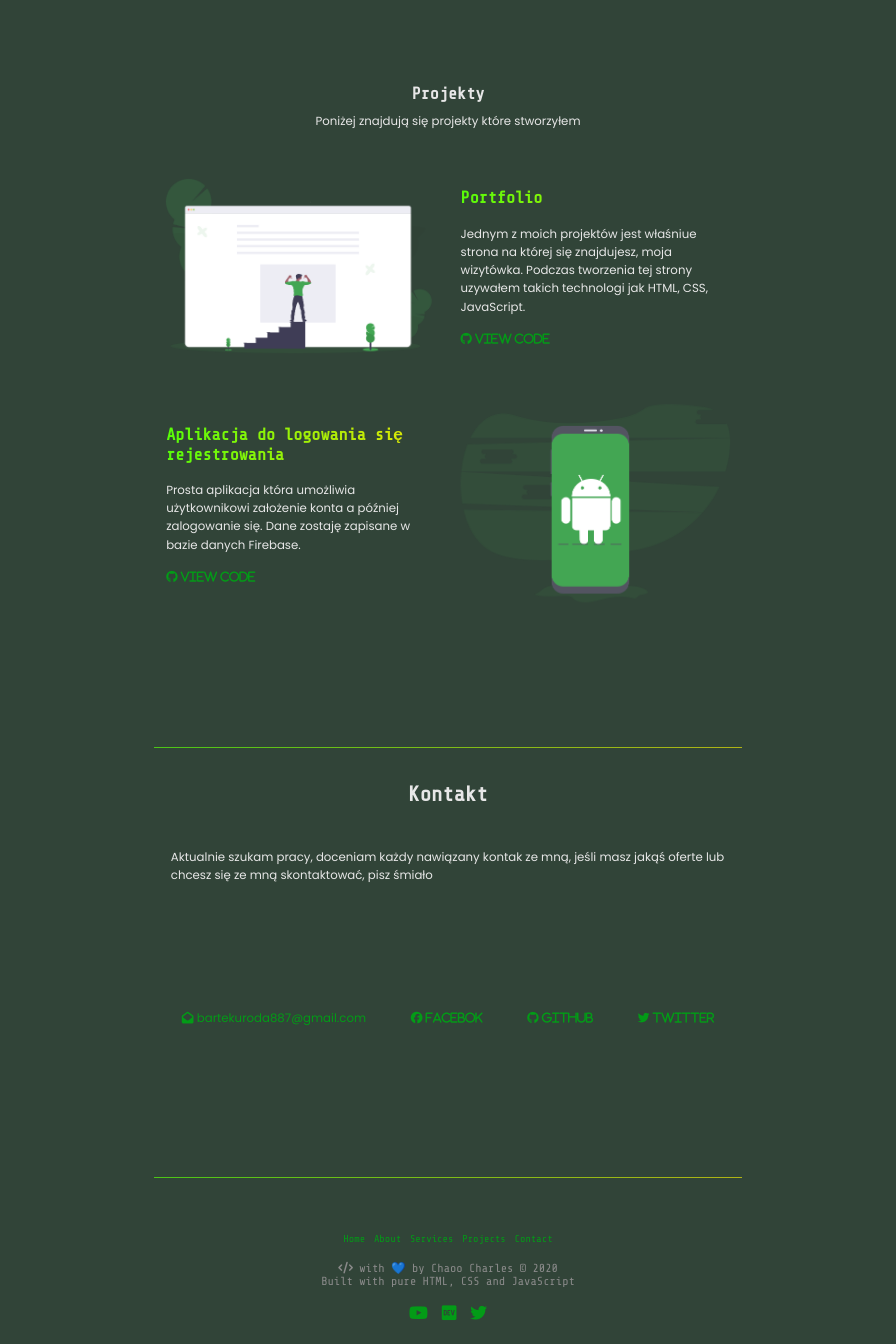
Repository: BartekUroda/portfolio
Page: index.html
The author's editor kept a copy of each file at every save. The page is drawn from the files as they stood at one save, then again after the next save.
The browser window is 1280 px wide. The pictures show the part of the page from y = 2082 to 4002 px (the page is 4002 px tall), at 70% of full size.
Some web libraries are served in a nearby version.

Above is the page before, as saved 2020-10-27 22:19:44.

### index.html
<!DOCTYPE html>
<html lang="en">
<head>
    <meta charset="UTF-8">
    <meta name="viewport" content="width=device-width, initial-scale=1.0">
    <title>Portfolio | Bartek Uroda</title>
    <link rel="stylesheet" type="text/css" href="css/style.css">
    <link href="https://fonts.googleapis.com/css2?family=Poppins&sfamily=Share+Tech+Mono&display=swap" rel="stylesheet">
    <script src="https://kit.fontawesome.com/056e5c10dc.js" crossorigin="anonymous"></script>
    <link rel="shortcut icon" type="image/x-icon" href="images/favicon.ico" />
</head>
<body>
    <header>
        <div class="container">
            <nav>
                <div class="nav-brand">
                    <a href="index.html">
                        <img src="images/logo.png" alt="Uroda">
                    </a>
                </div>
                <div class="burger-menu-icon">
                    <div class="line1"></div>
                    <div class="line2"></div>
                    <div class="line3"></div>
                </div>
                <ul class="nav-list">
                    <li class="nav-item">
                      <a href="#landing-page">
                        <img
                          src="images/profile.jpeg"
                          alt="Bartek Uroda"
                          class="profile-pic nav-link"
                        >
                        <span class="caption nav-link">Bartek Uroda</span>
                      </a>
                    </li>
                    <li class="nav-item">
                      <a href="#about" class="nav-link">O mnie</a>
                    </li>
                    <li class="nav-item">
                      <a href="#services" class="nav-link">Usługi</a>
                    </li>
                    <li class="nav-item">
                      <a href="#projects" class="nav-link">Projekty</a>
                    </li>
                    <li class="nav-item">
                      <a href="#contact" class="nav-link">Kontakt</a>
                    </li>
                    <li class="nav-item">
                      <a href="https://www.facebook.com/bartlomiej.uroda.3" target="_blank" class="nav-link">
                        <i class="fab fa-facebook"></i>
                      </a>
                      <a href="https://github.com/Urodii" target="_blank" class="nav-link">
                        <i class="fab fa-github"></i>
                      </a>
                      <a href="https://www.youtube.com/channel/UCzT1h5RNvmbtrmKT5hPjyAg?view_as=subscriber" target="_blank" class="nav-link">
                        <i class="fab fa-youtube"></i>
                      </a>
                    </li>
                  </ul>
            </nav>
        </div>
    </header>
    <main>
      <section id="landing-page" class="landing-page">
        <div class="container">
          <div class="main-message">
            <h2>Barłomiej Uroda</h2>
            <h3>Junior Front-End Web Developer</h3>
            <p>Html - CSS - JavaScript - Java</p>
            <div class="intro-btn">
              <div class="cta">
                <a href="#contact" class="btn">Skontaktuj się ze mną!</a>
              </div>
              <div class="cta">
                <a href="#projects" class="btn">Moje Projekty</a>
              </div>
            </div>
            <div>
              <a href="#about" class="scroll-down">
                <i class="fa fa-chevron-down" aria-hidden="true"></i>
              </a>
            </div>
          </div>
        </div>
      </section>
      <section id="about" class="about">
        <div class="container">
          <div class="about-img">
            <img
              src="images/profile.jpeg"
              alt="Bartek Uroda"
              class="about-pic"
            />
          </div>
          <div class="about-text-box">
            <h2>Cześć,</h2>
            <h3>O mnie</h3>
            <p>
              Nazywam się Bartek mam 21 lat, aktulanie studiuje zaocznie informatykę
              na Wyższej Szkole Biznesu w Nowym Sączu, studia te rozpoczołem po roku studiowania
              na Politechnce Krakowskiej na kierunku Fizyki Technicznej, zaliczyłem pierwszy rok na PK
              i wziołem sobie tak zwany Gap Year, studia na Politechnice nie satysfakcjonowały
              mnie więc postanowiłem rozwijać się w kierunku programistycznym. Szybko się uczę a zdobywanie wiedzy sprawia mi przyjemność.
            </p>
            <h3>Umiejętności</h3>
            <p>
              Rozwijam się w takich technologiach jak: HTML, CSS, JavaScript, Java oraz C++,
              tworze reponsywne strony. Znam angielski na
              poziomie C1, uczę się również bezpieczeństwa aplikacji webowych.
              Programowanie to coś z czym chciałbym żeby wiązała się moja przyszłość.
            </p>
            <h3>Zainteresowania</h3>
            <p>
              Sporą część mojego wolnego czasy pochłania sport, lubie jazde na rowerze siłownie oraz klistenike.
              Często spędzam również czas na graniu w gry, głownie jest to Counter-Strike, interesuję się też ITSecurity
              i w wolnym czasie staram się rozwijać w tym kierunku. Lubie podróże a poznawanie nowych
              wartościowych ludzi daje mi sporą motywacje w życiu.
            </p>
          </div>
        </div>
        <hr/>
      </section>
      <section id="services" class="services">
        <div class="container">
          <div class="title-heading">
            <h2>Oferta</h2>
            <p>
              Stworzę dokładnie taką stronę lub aplikacje mobilną jak klient sobie zażyczy.
            </p>
          </div>
          <div class="service-tiers">
            <div class="tier-item">
              <i class="fa fa-code" aria-hidden="true"></i>
              <h2>Web Development</h2>
              <p>
                Modyfikacja istniejących stron internetowych,
                wizytówki internetowe,
                responsywne strony internetowe typu "One Page" oraz "Multi Page",
                blogi internetowe, proste aplikacje webowe
              </p>
            </div>
            <div class="tier-item">
              <i class="fa fa-file-code-o" aria-hidden="true"></i>
              <h2>Responsywne strony</h2>
              <p>
                Strony które tworze są rezponsywne i wyglądają dobrze na każdym urządzeniu,
                niezależlnie jest to komputer, tablet lub telefon.
              </p>
            </div>
            <div class="tier-item">
              <i class="fa fa-mobile" aria-hidden="true"></i>
              <h2>Tworzenie aplikacji na androida</h2>
              <p>
                Potrafię również tworzyć proste aplikacje za pomoca języka Java,
                aplikajce te działają na urządzeniach mobilnych z androidem.
              </p>
            </div>
          </div>
        </div>
        <hr />
      </section>
      <section id="projects" class="projects">
        <div class="title-heading">
          <h2>Projekty</h2>
          <p>Poniżej znajdują się projekty które stworzyłem</p>
        </div>
        <div class="project-item">
          <div class="project-img has-margin-right">
            <img src="images/portfolio.png" />
          </div>
          <div class="project-description">
            <h2>Portfolio</h2>
            <p>
              Jednym z moich projektów jest właśniue strona na której się znajdujesz, moja wizytówka.
              Podczas tworzenia tej strony uzywałem takich technologi jak HTML, CSS, JavaScript.
            </p>
            <a href="https://github.com/Urodii/portfolio" class="project-link" target="_blank"
              ><i class="fa fa-github" aria-hidden="true"> View Code</i></a
            >
          </div>
        </div>
        <div class="project-item">
          <div class="project-description has-margin-right">
            <h2>Aplikacja do logowania się rejestrowania</h2>
            <p>
              Prosta aplikacja która umożliwia użytkownikowi założenie konta a później
              zalogowanie się. Dane zostaję zapisane w bazie danych Firebase.
            </p>
            <a href="https://github.com/Urodii/Login_Register_apk" class="project-link" target="_blank"
              ><i class="fa fa-github" aria-hidden="true"> View Code</i></a
            >
          </div>
          <div class="project-img">
            <img src="images/android.png" />
          </div>
          <hr>
        <!-- </div>
        <div class="project-item">
          <div class="project-img has-margin-right">
            <img src="" />
          </div>
          <div class="project-description">
            <h2>kalkulator</h2>
            <p>
              Prosty kalkulator
            </p>
            <a href="#" class="project-link" target="_blank"
              ><i class="fa fa-github" aria-hidden="true"> View Code</i></a
            >
          </div>
        </div> -->
      </section>
      <section id="contact" class="contact">
        <hr>
        <h2>Kontakt</h2>
        <p>
          Aktualnie szukam pracy, doceniam każdy nawiązany kontak ze mną, jeśli masz
          jakąś oferte lub chcesz się ze mną skontaktować, pisz śmiało
        </p>
        <div class="container">
          <p>
            <a href="bartekuroda887@gmail.com"
              ><i class="fas fa-envelope-open"></i> bartekuroda887@gmail.com</a
            >
          </p>
          <p>
            <a href="#" target="_blank"
              ><i class="fab fa-facebook"> Facebok</i></a
            >
          </p>
          <p>
            <a href="#" target="_blank"><i class="fab fa-github"> GitHub</i></a>
          </p>
          <p>
            <a href="#" target="_blank"
              ><i class="fab fa-twitter"> Twitter</i></a
            >
          </p>
        </div>
        <hr />
      </section>
      <footer>
        <div class="footer-nav">
          <a href="#landing-page" class="footer-nav-link">Home</a>
          <a href="#about" class="footer-nav-link">About</a>
          <a href="#services" class="footer-nav-link">Services</a>
          <a href="projects" class="footer-nav-link">Projects</a>
          <a href="#contact" class="footer-nav-link">Contact</a>
        </div>
        <div class="footer-coded-by">
          <p>
            <i class="fas fa-code"></i> with 💙 by Chaoo Charles &copy; 2020
          </p>
          <p>Built with pure HTML, CSS and JavaScript</p>
        </div>
        <div class="footer-social">
          <a href="#" target="_blank"><i class="fab fa-youtube"></i></a>
          <a href="#" target="_blank"><i class="fab fa-dev"></i></a>
          <a href="#" target="_blank"><i class="fab fa-twitter"></i></a>
        </div>
      </footer>
    </main>
 <script type="text/javascript" src="js/main.js"></script>
</body>
</html>

### css/style.css
/* ----------GLOBAL STYLES---------- */
*,
*::before,
*::after {
  margin: 0;
  padding: 0;
  box-sizing: inherit;
}
html {
    font-family: "Share Tech Mono", monospace;
    font-size: 12px;
    box-sizing: border-box;
    scroll-behavior: smooth;
    color: #e7e7e7;
    background: rgb(49, 68, 56);
}

a {
    text-decoration: none;
    color: rgb(3, 155, 23);
}

a:hover {
    color: rgba(249, 105, 14, 1);
}

ul {
    list-style: none;
}

p {
    font-size: 1.4rem;
}

img {
    width: 100%;
    max-width: 100%;
    height: auto;
}
/* ----------HEADER---------- */
header {
    width: 100%;
    height: 5rem;
    position: absolute;
    top: 0;
    left: 0;
    z-index: 1;
}
.contenier {
    width: 100%;
    max-width: 90rem;
    margin: 0 auto;
    padding: 0 1.5rem;
}
.nav-brand {
    width: 8rem;
}
nav {
    width: 100%;
    display: flex;
    align-items: center;
    justify-content: space-between;
    padding: 1rem 0;
    border-bottom: 2px solid rgba(255, 255, 255, .2);
}
.line1 {
    width: 20px;
    height: 3px;
    margin: 5px 0;
    background: linear-gradient(
      135deg,
      rgb(27, 218, 10) 0%,
      rgb(255, 255, 255) 100%
    );
}
.line2 {
    width: 25px;
    height: 3px;
    background: linear-gradient(
      135deg,
      rgb(27, 218, 10) 0%,
      rgb(255, 255, 255) 100%
    );
}
.line3 {
    width: 30px;
    height: 3px;
    margin: 5px 0;
    background: linear-gradient(
      135deg,
      rgb(27, 218, 10) 0%,
      rgb(255, 255, 255) 100%
    );
}
.burger-menu-icon {
    cursor: pointer;
    z-index: 999;
    position: fixed;
    right: 0;
    top: 0;
    background-color: rgba(67, 145, 47, 0.815);
    padding: 1.2rem;
    border-radius: 0% 0% 0% 40%;
}
.profile-pic {
    height: 9rem;
    width: auto;
    border-radius: 50%;
    display: block;
    margin: 1.5rem 0;
}
.caption {
    display: block;
}
.nav-list {
    width: 24rem;
    height: 100vh;
    background-color:  rgb(69, 85, 75);
    position: fixed;
    top: 0;
    right: -26rem;
    display: flex;
    flex-direction: column;
    align-items: center;
    justify-self: start;
    z-index: 998;
    transition: all 650ms ease-in-out;
}
.nav-list.active {
    right: 0;
}
.nav-item {
    margin: 1.2rem 0;
}
.nav-link {
    opacity: 0;
    font-size: 1.3rem;
    text-transform: uppercase;
    color: #cecece;
    letter-spacing: 1.5px;
}
.nav-link:hover {
    color: rgb(62, 248, 15);
}
.toggle {
    background: none;
}
.toggle .line1 {
    transform: rotate(-45deg) translate(-5px, 6px) scalex(2);
}
.toggle .line2 {
    opacity: 0;
}
.toggle .line3 {
    width: 20px;
    transform: rotate(45deg) translate(-5px, -6px) scalex(2);
    margin-left: 0px;
}
@keyframes navLinkAnimate {
    from{
        opacity: 0;
        transform: translate(50px);
    }
    to{
        opacity: 1;
        transform: translate(0px);
    }
}
/* ----------MAIN---------- */
.landing-page{
    width: 100%;
    height: 100vh;
    background: linear-gradient(
        135deg,
        rgba(50, 58, 52, 0.9) 0%,
        rgba(44, 100, 65, 0.8) 100%
    ),
    url('../images/mainpage.png') center no-repeat;
    background-size: contain;
    position: relative;
}
.main-message {
    width: 100%;
    max-width: 58rem;
    text-transform: uppercase;
    position: absolute;
    left: 50%;
    top: 50%;
    transform: translate(-50%, -50%);
    text-align: center;
}
.main-message h2 {
    letter-spacing: 1.2rem;
    font-size: 2rem;
    font-weight: 400;
    overflow: hidden;
    white-space: nowrap;
    animation: typing 5s steps(33), blink 1s ease-in-out 7s infinite;
    width: 33ch;
    margin: auto;
    border-right: 4px solid rgba(255, 255, 255, 1);
}
@keyframes typing {
    75% {
      width: 0ch;
      color: rgb(178, 249, 14);
    }
    100% {
      width: 33ch;
    }
}
@keyframes blink {
    0% {
      border-right: 4px solid rgba(255, 255, 255, 0);
    }
    100% {
      border-right: 4px solid rgb(194, 194, 194);
    }
}
.main-message h3 {
    font-size: 4rem;
    margin: 1rem 0;
    color: rgba(249, 105, 14, 1);
    background: linear-gradient(
      to right,
      rgb(87, 253, 9) 0%,
      rgb(217, 240, 17) 100%
    );
    -webkit-background-clip: text;
    -webkit-text-fill-color: transparent;
}
.main-message p {
    text-transform: none;
    font-size: 1.7rem;
    font-weight: 400;
}
.intro-btn {
    display: flex;
    justify-content: center;
}
.btn {
    margin: 0 9px;
    background: rgba(3, 155, 155);
    border-radius: 2rem;
    color: #fafafa;
    padding: 1rem 2.5rem;
    display: inline-block;
    margin-top: 2rem;
    transition: background-color 650ms;
    font-weight: 500;
    letter-spacing: 2px;
}
.btn:hover {
    color: #fafafa;
    background-color: rgb(176, 189, 0);
}
.scroll-down i {
    color: #fafafa;
    transition: color 650ms;
    margin-top: 2rem;
    font-size: 3.5rem;
}
.scroll-down i:hover {
    color: rgb(176, 189, 0);
}
/* ----------ABOUT--------- */
.about {
    width: 100%;
    min-height: 100vh;
    max-width: 70rem;
    margin: auto;
}
.about .container {
    display: flex;
    align-items: center;
    min-height: 80vh;
  }
.about-img img {
    height: 12rem;
    width: auto;
    border-radius: 50%;
    margin: 2rem;
    box-shadow: 0 20px 30px 0 rgba(4, 236, 4, 0.397);
  }
.about-text-box {
    flex-grow: 1;
    flex-shrink: 1;
    flex-basis: 0;
}
.about-text-box h2 {
    font-size: 3rem;
    margin-bottom: 15px;
}
.about-text-box h3 {
    font-size: 2rem;
    margin-bottom: 10px;
}
.about-text-box p {
    font-family: "Poppins", sans-serif;
    font-size: 1.4rem;
    padding: 0;
    margin-bottom: 1.45rem;
}
hr {
    margin: 4rem 0;
    background: linear-gradient(
      to right,
      rgb(87, 253, 9) 0%,
      rgb(231, 228, 6) 100%
    );
    border: 0;
    height: 1px;
}
/* ----------SERVICE--------- */
.services {
    padding: 3rem 0;
    min-height: 100vh;
    max-width: 90rem;
    margin: auto;
}
.title-heading {
    text-align: center;
    margin-bottom: 5rem;
}
.title-heading h2 {
    font-size: 2rem;
    margin: 0.5rem 0 1rem 0;
}
.title-heading p {
    font-family: "Poppins", sans-serif;
    margin-bottom: 5rem;
}
.service-tiers {
    display: grid;
    grid-template-columns: repeat(auto-fit, minmax(25rem, 1fr));
    gap: 2.5rem;
}
.tier-item {
    height: 30rem;
    padding: 3rem;
    position: relative;
    display: flex;
    flex-direction: column;
    justify-content: center;
    cursor: default;
}
.tier-item i {
    font-size: 3.5rem;
}
.tier-item h2 {
    font-size: 2rem;
    margin: 2rem 0;
    background: linear-gradient(
      to right,
      rgb(87, 253, 9) 0%,
      rgb(231, 228, 6) 100%
    );
    -webkit-background-clip: text;
    -webkit-text-fill-color: transparent;
}
.tier-item p {
    font-family: "Poppins", sans-serif;
    font-size: 1.4rem;
}
/* ----------PROJECTS--------- */
.projects {
    padding: 3rem 0;
    min-height: 100vh;
    max-width: 70rem;
    margin: auto;
}
.has-margin-right {
    margin: 0 3rem 0 0;
}
.project-item {
    display: flex;
    align-items: center;
    justify-content: center;
    margin: 0 1.45rem 5rem 1.45rem;
}
.project-img {
    flex: 1;
}
.project-description {
    flex: 1;
}
.project-description h2 {
    font-size: 2rem;
    margin: 2rem 0;
    background: linear-gradient(
      to right,
      rgb(87, 253, 9) 0%,
      rgb(231, 228, 6) 100%
    );
    -webkit-background-clip: text;
    -webkit-text-fill-color: transparent;
}
.project-description p {
    font-family: "Poppins", sans-serif;
    font-size: 1.4rem;
}
.project-link:hover {
    color: rgb(231, 228, 6);
}
.project-link {
    display: inline-block;
    margin: 2rem 0;
    font-size: 1.4rem;
}
/* ----------CONTACT--------- */
.contact {
    width: 100%;
    min-height: 100vh;
    max-width: 70rem;
    margin: auto;
    padding-top: 5rem;
}
.contact h2 {
    text-align: center;
    font-size: 2.5rem;
    margin-bottom: 5rem;
}
.contact p {
    font-family: "Poppins", sans-serif;
    font-size: 1.4rem;
    padding: 0;
    margin: 0.9rem 2rem;
}
.contact .container {
    min-height: 50vh;
    display: flex;
    justify-content: space-evenly;
    align-items: center;
}
/* ----------FOOTER--------- */
footer {
    width: 100%;
    max-width: 70rem;
    margin: auto;
    padding: 2.5rem;
    color: #8a8a8a;
    text-align: center;
    font-size: 1.2rem;
    display: flex;
    justify-content: space-evenly;
    flex-direction: column;
}
footer a {
    margin: 0 0.2rem;
}
.footer-coded-by {
    margin: 2rem 0;
}
.footer-social a {
    margin: 0 0.5rem;
    font-size: 2rem;
}
/* ----------RESPONSIVE--------- */
@media (max-width: 767px) {
    .main-message h3 {
      font-size: 3rem;
    }
    .about .container {
      flex-direction: column;
    }
    p {
      font-size: 1.3rem;
    }
    .title-heading {
      margin: 0;
    }

    .services-tiers {
      gap: 0;
    }
    .project-item {
      flex-direction: column;
      align-items: flex-start;
      padding: 2rem;
      box-shadow: 0 20px 30px 0 rgba(212, 255, 255, 0.15);
    }
    .project-img {
      width: 20rem;
    }
}
@media (max-width: 640px) {
    .main-message {
      top: 55%;
    }
    .main-message h2 {
      letter-spacing: 1rem;
      font-size: 1.5rem;
      width: 29ch;
    }

    .main-message h3 {
      font-size: 2rem;
    }

    .main-message p {
      font-size: 1.3rem;
    }
    .btn {
      border-radius: 0.9rem;
      padding: 0.9rem 0.9rem;
    }
    .about-text-box h2 {
      font-size: 3rem;
      margin-bottom: 20px;
    }
    .about-text-box p {
      margin: 0 0 2.45rem;
    }

    .title-heading h2 {
      margin-bottom: 2rem;
    }
    .title-heading p {
      font-size: 1.3rem;
    }

    .contact .container {
      flex-direction: column;
    }

    footer,
    footer p {
      font-size: 1.2rem;
    }
}

### js/main.js
//navbar animation etc
const selectElement = (s) => document.querySelector(s);
const navLinks = document.querySelectorAll(".nav-link");

selectElement(".burger-menu-icon").addEventListener("click", () => {
    selectElement(".nav-list").classList.toggle("active");
    selectElement(".burger-menu-icon").classList.toggle("toggle")

    navLinks.forEach((link, index) => {
        if (link.style.animation){
            link.style.animation = ""
        }else{
            link.style.animation = `navLinkAnimate 0.5s ease forwards ${ index/7 + 0.5}s`
            console.log(index/7 + 0.5)
        }
    })
});
//navbar hiding after choose section
navLinks.forEach(link => {
    link.addEventListener("click", () => {
        selectElement(".nav-list").classList.toggle("active");
        selectElement(".burger-menu-icon").classList.toggle("toggle");

        navLinks.forEach((link, index) => {
            if (link.style.animation){
                link.style.animation = ""
            }else{
                link.style.animation = `navLinkAnimate 0.5s ease forwards ${ index/7 + 0.5}s`
                console.log(index/7 + 0.5)
            }
        })
    })
})

After the next save:
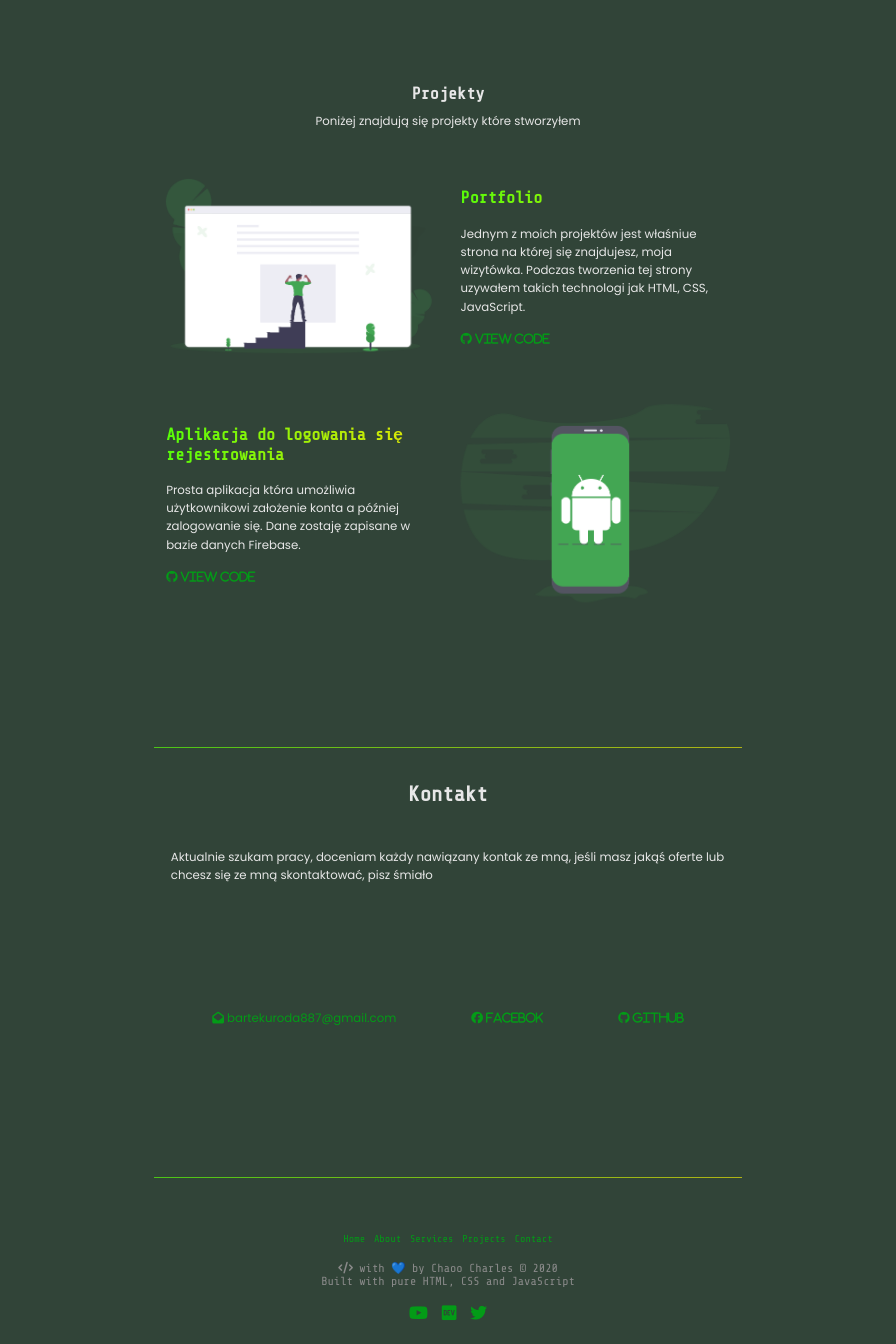
Saved 15 s later.
--- a/index.html
+++ b/index.html
@@ -232,11 +232,6 @@
           <p>
             <a href="#" target="_blank"><i class="fab fa-github"> GitHub</i></a>
           </p>
-          <p>
-            <a href="#" target="_blank"
-              ><i class="fab fa-twitter"> Twitter</i></a
-            >
-          </p>
         </div>
         <hr />
       </section>
